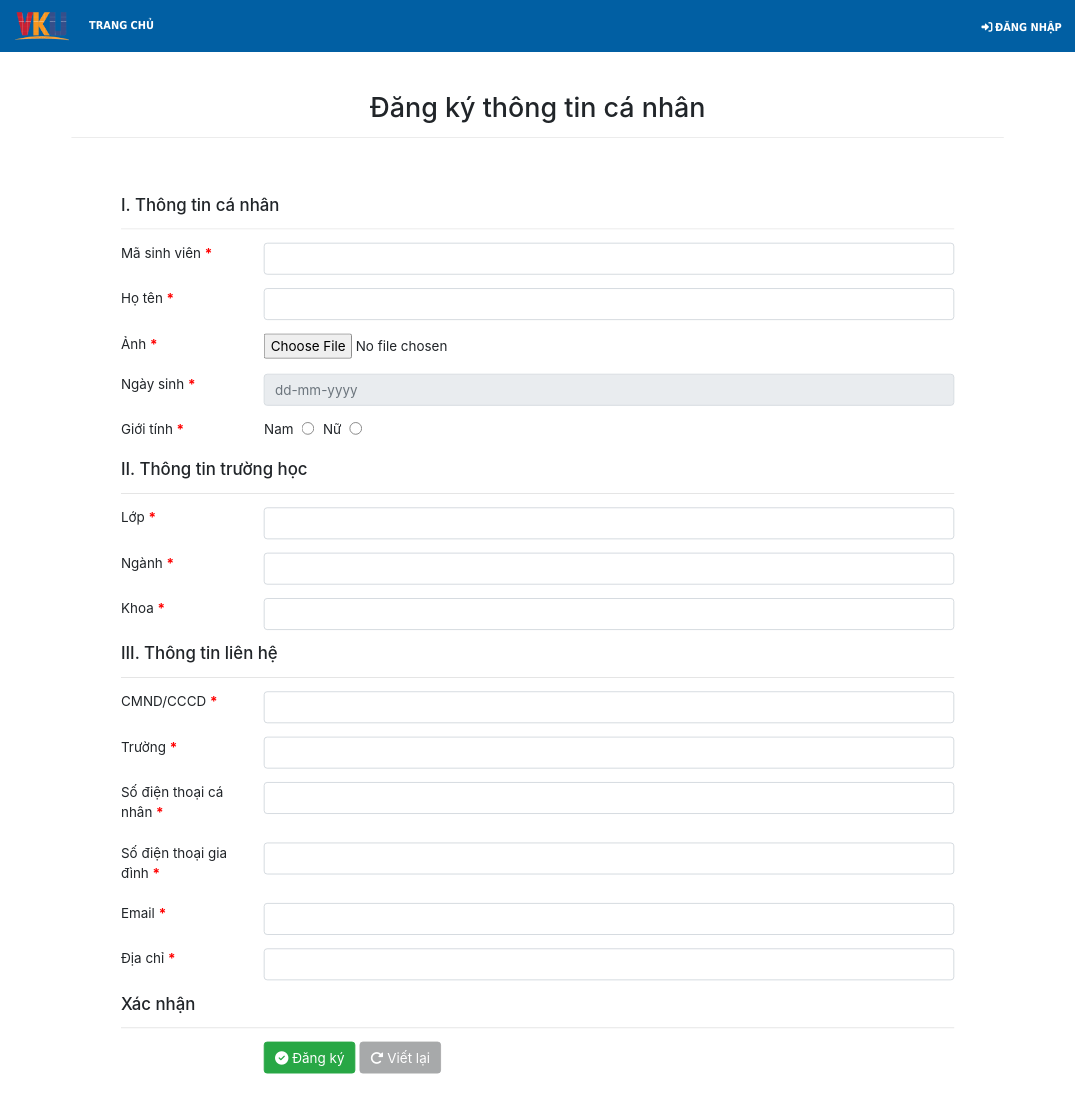
Repository: nguyenmanhtruongdat/javaServletFinalEx
Page: http://localhost/test/register-infor-student.jsp
The author's editor kept a copy of each file at every save. The page is drawn from the files as they stood at one save, then again after the next save.
The browser window is 1280 px wide. The pictures show the whole page, at 84% of full size.
Some web libraries are served in a nearby version. The page is served by Tomcat 9.

Above is the page before, as saved 2022-07-06 14:23:50.

After the next save:
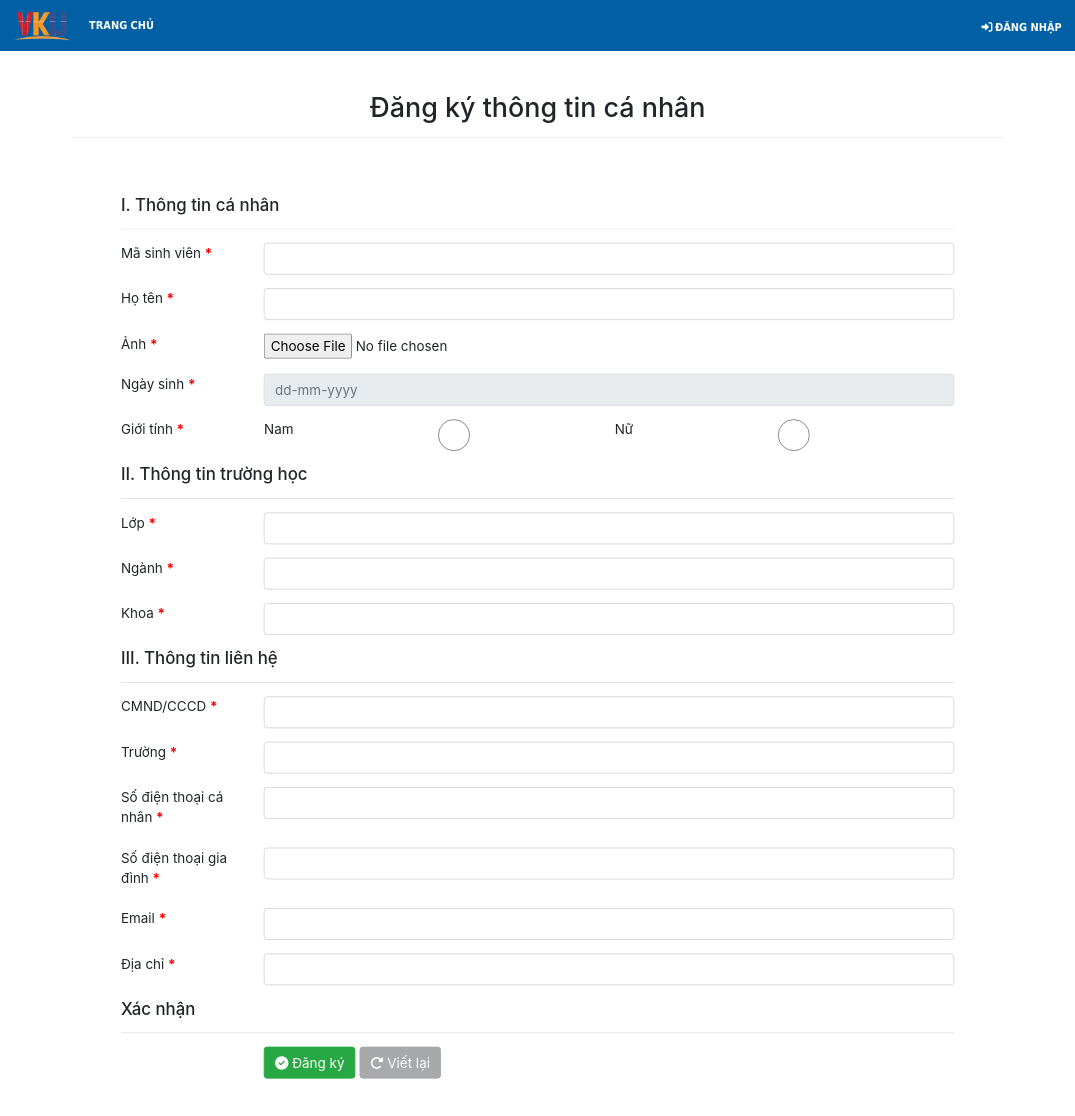
Saved 10 min 38 s later.
--- a/vku/ktx/test/src/main/webapp/register-infor-student.jsp
+++ b/vku/ktx/test/src/main/webapp/register-infor-student.jsp
@@ -26,13 +26,6 @@
 	background-color: #a7a9aa;
 	border-color: #a7a9aa;
 }
-input[type=checkbox], input[type=radio] {
-    /* box-sizing: border-box; */
-    font-size: 5px;
-    margin: 0 10px 0 10px;
-    padding: 0;
-    width: 15px;
-}
 </style>
 <script src="https://code.jquery.com/jquery-1.12.4.js"></script>
 <script src="https://code.jquery.com/ui/1.12.1/jquery-ui.js"></script>
